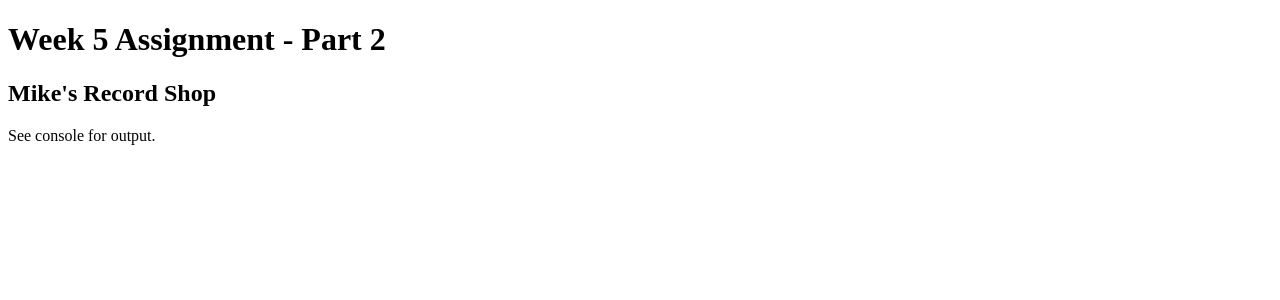
Repository: Ellusionism/prime-pw-week-5-assignment-part-2
Page: assignment/index.html
The author's editor kept a copy of each file at every save. The page is drawn from the files as they stood at one save, then again after a run of saves.
The browser window is 1280 px wide. The pictures show the whole page.

Above is the page before, as saved 2022-11-24 18:41:35.

After the next 5 saves:
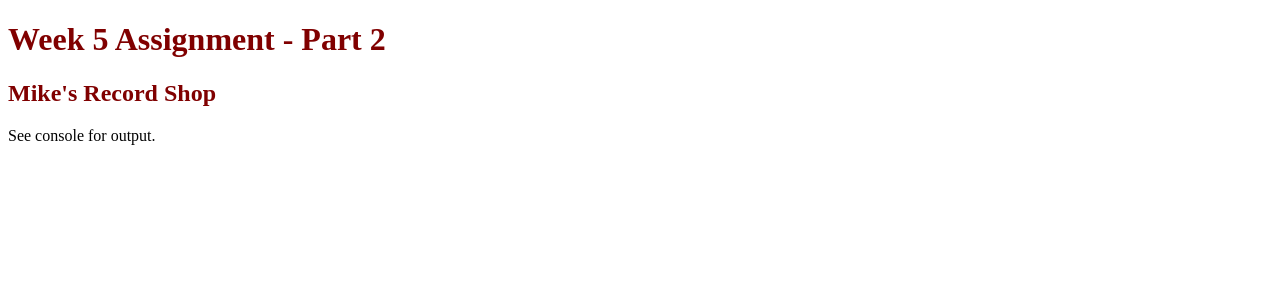
The 5 saves are shown as one change because they came seconds apart.
The last was saved 10 s later.
--- a/assignment/stylesheet.css
+++ b/assignment/stylesheet.css
@@ -1,3 +1,3 @@
 header {
-
+  color: maroon;
 }
